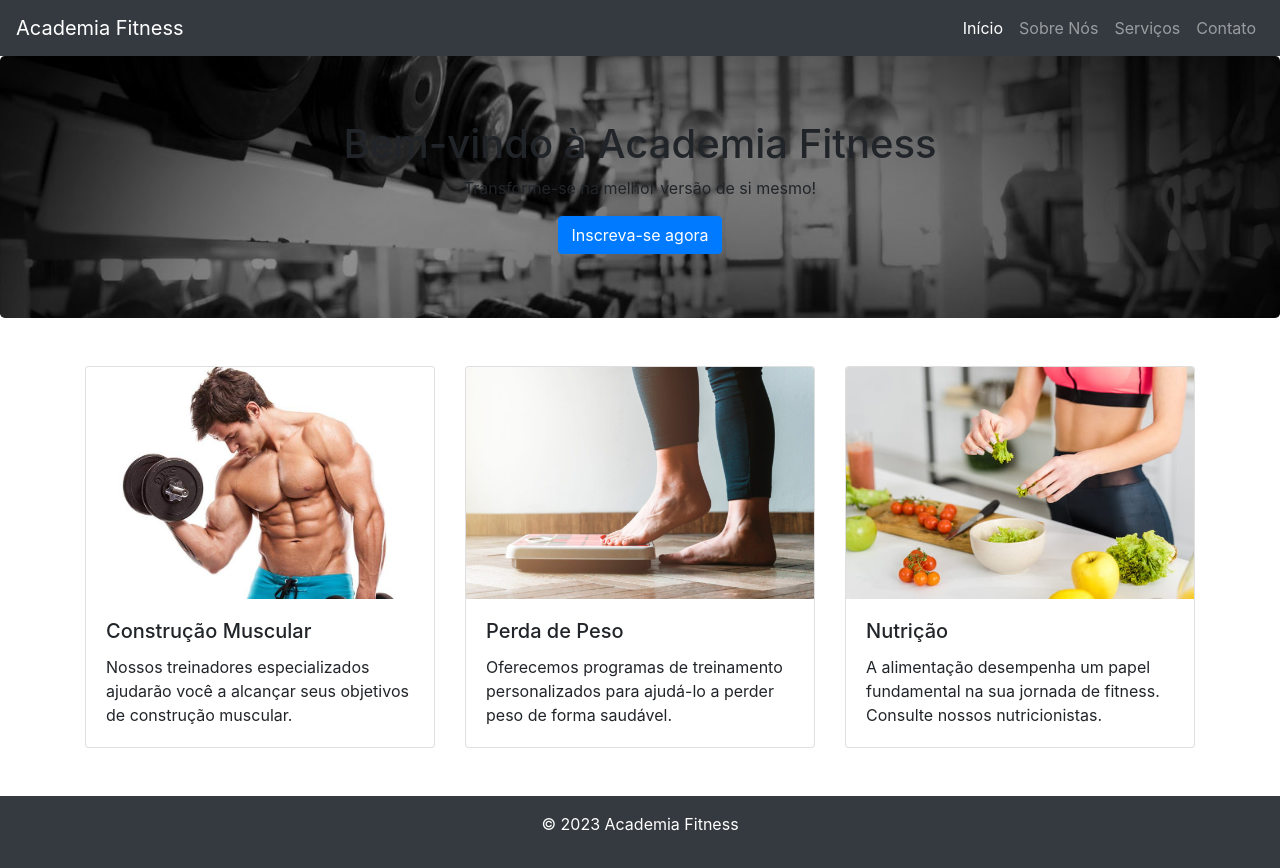
Repository: 01nethy/pratica14
Page: index.html
An editor plug-in stored every save of this project. The page is shown before and after the next save, followed by the edit.
The browser window is 1280 px wide. The pictures show the whole page.

Above is the page before, as saved 2023-09-07 23:33:49.

### index.html
<!DOCTYPE html>
<html lang="pt-BR">
<head>
    <meta charset="UTF-8">
    <meta name="viewport" content="width=device-width, initial-scale=1.0">
    <title>Academia de Musculação</title>
    <link rel="stylesheet" href="https://stackpath.bootstrapcdn.com/bootstrap/4.5.2/css/bootstrap.min.css">
    <link rel="stylesheet" href="style.css">
</head>
<body>

<!-- Barra de navegação -->
<nav class="navbar navbar-expand-lg navbar-dark bg-dark">
    <a class="navbar-brand" href="#">Academia Fitness</a>
    <button class="navbar-toggler" type="button" data-toggle="collapse" data-target="#navbarNav" aria-controls="navbarNav" aria-expanded="false" aria-label="Toggle navigation">
        <span class="navbar-toggler-icon"></span>
    </button>
    <div class="collapse navbar-collapse" id="navbarNav">
        <ul class="navbar-nav ml-auto">
            <li class="nav-item active">
                <a class="nav-link" href="#">Início</a>
            </li>
            <li class="nav-item">
                <a class="nav-link" href="#">Sobre Nós</a>
            </li>
            <li class="nav-item">
                <a class="nav-link" href="#">Serviços</a>
            </li>
            <li class="nav-item">
                <a class="nav-link" href="#">Contato</a>
            </li>
        </ul>
    </div>
</nav>

<!-- Cabeçalho -->
<header id="fundo" class="jumbotron text-center">
    <h1>Bem-vindo à Academia Fitness</h1>
    <p>Transforme-se na melhor versão de si mesmo!</p>
    <a class="btn btn-primary" href="#">Inscreva-se agora</a>
</header>

<!-- Seção de Destaque -->
<section class="container my-5">
    <div class="row">
        <div class="col-md-4">
            <div class="card">
                <img src="massa.jpg" class="card-img-top" alt="Muscle Building">
                <div class="card-body">
                    <h5 class="card-title">Construção Muscular</h5>
                    <p class="card-text">Nossos treinadores especializados ajudarão você a alcançar seus objetivos de construção muscular.</p>
                </div>
            </div>
        </div>
        <div class="col-md-4">
            <div class="card">
                <img src="peso.jpeg" class="card-img-top" alt="Weight Loss">
                <div class="card-body">
                    <h5 class="card-title">Perda de Peso</h5>
                    <p class="card-text">Oferecemos programas de treinamento personalizados para ajudá-lo a perder peso de forma saudável.</p>
                </div>
            </div>
        </div>
        <div class="col-md-4">
            <div class="card">
                <img src="nutricao.jpg" class="card-img-top" alt="Nutrition">
                <div class="card-body">
                    <h5 class="card-title">Nutrição</h5>
                    <p class="card-text">A alimentação desempenha um papel fundamental na sua jornada de fitness. Consulte nossos nutricionistas.</p>
                </div>
            </div>
        </div>
    </div>
</section>

<!-- Rodapé -->
<footer class="bg-dark text-white text-center py-3">
    <p>&copy; 2023 Academia Fitness</p>
</footer>


</body>
</html>

### style.css
#fundo{

    background: url(background2.jpg) top left;
    background-size: cover;

}

After the next save:
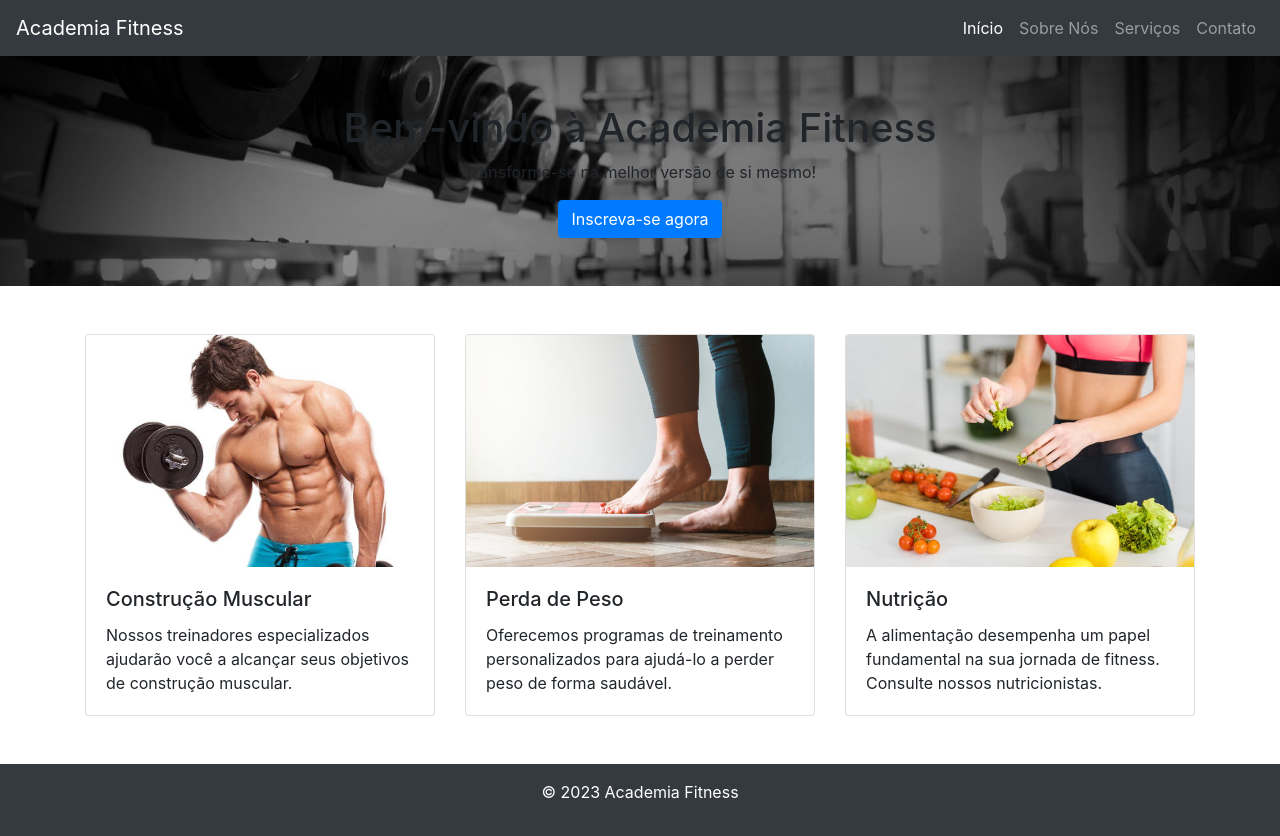
Saved 5 min 37 s later.
--- a/index.html
+++ b/index.html
@@ -34,7 +34,7 @@
 </nav>
 
 <!-- Cabeçalho -->
-<header id="fundo" class="jumbotron text-center">
+<header id="fundo" class="py-md-5 text-center">
     <h1>Bem-vindo à Academia Fitness</h1>
     <p>Transforme-se na melhor versão de si mesmo!</p>
     <a class="btn btn-primary" href="#">Inscreva-se agora</a>
